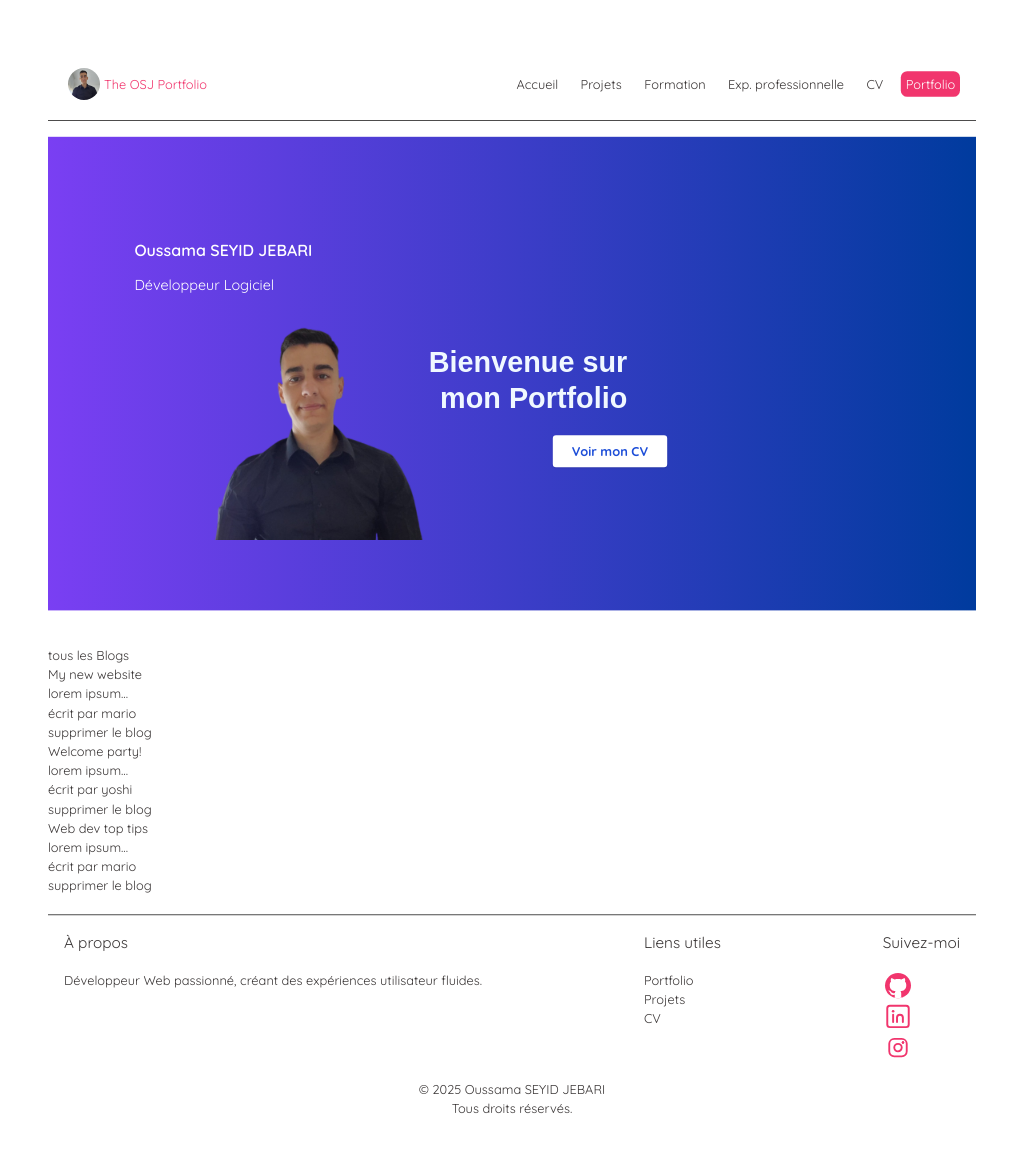
Repository: OussamSJ/Portfolio
Page: /
These files come from the project's save history. The page is drawn as it stood at one moment and after the next save; the edit follows.
The browser window is 1280 px wide. The pictures show the whole page, at 80% of full size.
The project was rebuilt for these pictures with package versions that can differ from the ones it lists, and the page was loaded fresh each time. Also part of the build but not shown: src/Random.js, src/Cv.js, src/Expcomponent.js, src/Experiences.js, src/FormationComponent.js, src/Formation.js.

Above is the page before, as saved 2025-05-10 10:43:32.

### public/index.html
<!DOCTYPE html>
<html lang="en">
  <head>
    <meta charset="utf-8" />
    <link rel="icon" href="%PUBLIC_URL%/Logo-Devloper.png" />
    <meta name="viewport" content="width=device-width, initial-scale=1" />
    <meta name="theme-color" content="#000000" />
    <meta
      name="description"
      content="Web site created using create-react-app"
    />
    <link rel="apple-touch-icon" href="%PUBLIC_URL%/logo192.png" />
    <!--
      manifest.json provides metadata used when your web app is installed on a
      user's mobile device or desktop. See https://developers.google.com/web/fundamentals/web-app-manifest/
    -->
    <link rel="manifest" href="%PUBLIC_URL%/manifest.json" />
    <!--
      Notice the use of %PUBLIC_URL% in the tags above.
      It will be replaced with the URL of the `public` folder during the build.
      Only files inside the `public` folder can be referenced from the HTML.

      Unlike "/favicon.ico" or "favicon.ico", "%PUBLIC_URL%/favicon.ico" will
      work correctly both with client-side routing and a non-root public URL.
      Learn how to configure a non-root public URL by running `npm run build`.
    -->
    <title>Portfolio App</title>
  </head>
  <body>
    <noscript>You need to enable JavaScript to run this app.</noscript>
    <div id="root"></div>
    <!--
      This HTML file is a template.
      If you open it directly in the browser, you will see an empty page.

      You can add webfonts, meta tags, or analytics to this file.
      The build step will place the bundled scripts into the <body> tag.

      To begin the development, run `npm start` or `yarn start`.
      To create a production bundle, use `npm run build` or `yarn build`.
    -->
  </body>
</html>

### src/index.css
@import url('https://fonts.googleapis.com/css2?family=Quicksand:wght@300;400;500;600;700&display=swap');
@tailwind base;
@tailwind components;
@tailwind utilities;

/* base styles */
* {
  margin: 0;
  font-family: -apple-system, BlinkMacSystemFont, 'Segoe UI', 'Roboto', 'Oxygen',
    'Ubuntu', 'Cantarell', 'Fira Sans', 'Droid Sans', 'Helvetica Neue',
    sans-serif;
  -webkit-font-smoothing: antialiased;
  -moz-osx-font-smoothing: grayscale;
  font-family: "Quicksand";
  color: #3b3737;
}

code {
  font-family: source-code-pro, Menlo, Monaco, Consolas, 'Courier New',
    monospace;
}
.navbar {
  padding: 20px;
  display: flex;
  align-items: center;
  max-width: 1200px;
  margin: 0 auto;
  border-bottom: 1px solid #212020;

}
.navbar h1 {
  color: #f1356d;
}
.navbar .links {
  margin-left: auto;
}
.navbar a {
  margin-left: 16px;
  text-decoration: none;
  padding: 6px;
}
.navbar img {
 width: 40px;
 height: 40px;
 margin: 5px ;
 object-fit: cover;       /* remplit et rogne si besoin */
 border-radius: 50%;      /* transforme le carré en cercle */
 display: block;
}
.navbar a:hover {
  color: #f1356d;
}
.content {
  max-width: 1200px;
  margin: 40px auto;
  padding: 20px;
}


.couverture {
  background-image:
  url("/public/couverture-portfolio.png");
background-size: cover;        /* couvre tout le conteneur sans déformation */
background-position: center;   /* centre l’image */
background-repeat: no-repeat;  /* pas de répétition */
background-size: contain;
  margin: 20px auto;
  padding: 40px 40px 40px 40px;


  max-width: 1200px;
  display:block;
  flex-direction: column;
  justify-content: center;
  align-items: flex-start;
  padding-left: 60px;
  background: linear-gradient(to right, #7a3ff3, #003b9e); /* dégradé bleu-violet */
  color: white;
  font-family: 'Orbitron', sans-serif; /* une police géométrique, proche de celle utilisée */
}





.couverture h1 {
  margin-top: 20px auto;
  margin-right: 50px;
  align-items: center;
  text-align: center;
  color: aliceblue;
text-align: right;
justify-self: right;
  font-family: 'Agrandir Grand', sans-serif; /* une police futuriste */
}








.portfolio-footer {
  justify-content: space-between;
  display: flex;
  padding: 20px;
  border-top: 1px solid #212020;
}

.card-title{
  margin-bottom:  20px;

  padding: 0;
  font-size: 1.2rem;

}
.social-links a{
  list-style: none;
  text-decoration: none;
  margin-left: auto;
  text-align: left;

}
.social-links img{
 width: 40%;
 height: 40%;
}


ul {
  list-style-type: none;
  padding: 0; /* Supprime le retrait par défaut */
  margin: 0;  /* Supprime la marge par défaut */
}
.social-links a:hover {
  color: #f1356d;
}

.footer-bottom {
  display: block;
  text-align: center;
  }

  ul li {
    text-align: left;

  }



  .not-found {
    justify-content: center;
    align-items: center;
    text-align: center;
    height: 50vh;
    margin-top: 200px;
    font-size: 3rem;
  }


  img-couverture {
    width: 100%;
    height: 100%;
    justify-content: flex-end;
    align-items: center;
    object-fit:fill; /* Remplit l'élément sans déformation */
    border-radius: 50%; /* Transforme le carré en cercle */
    display: flex;
  }

### src/App.js
import React from 'react';
import { BrowserRouter, Routes, Route } from 'react-router-dom';
import ReactDOM from 'react-dom/client';
import Home from './Home';
import Navbar from './Navbar'; // Si vous avez une barre de navigation
import Cv from './Cv'; // Si vous avez une page de CV
import Footbar from './Footbar';
import Experiences from './Experiences';
import Formation from './Formation';

function App() {
  return (
    <BrowserRouter>
      <div className="App">
        <div className='content'>
          <Routes>
            <Route path="/" element={<Home />} />
            <Route path="/cv" element={<Cv />} />
            <Route path="/experiences-professionnelle" element={<div ><Navbar/> <Experiences /><Footbar/></div>} />
            <Route path="/formation" element={<div ><Navbar/> <Formation /><Footbar/></div>} />
            <Route path="*" element={
              <div >
                <Navbar />
                <h1 className='not-found' >Page introuvable</h1>
                <Footbar />
              </div>
            } />
          </Routes>
        </div>
      </div>
    </BrowserRouter>
  );
}

export default App;

### src/Home.js
import { useEffect, useState } from "react";
import BlogList from "./BlogList";
import Random from "./Random";
import Navbar from "./Navbar";
import Footbar from "./Footbar";


const Home = () => {
  const [blogs, setBlogs] = useState([
    { title: 'My new website', body: 'lorem ipsum...', author: 'mario', id: 1 },
    { title: 'Welcome party!', body: 'lorem ipsum...', author: 'yoshi', id: 2 },
    { title: 'Web dev top tips', body: 'lorem ipsum...', author: 'mario', id: 3 }
  ])

  const handleDelete = (id) => {
    const newBlogs = blogs.filter(blog => blog.id !== id);
    setBlogs(newBlogs);
  }


  useEffect(() => {
    console.log('use effect ran');
    console.log(blogs);
  })

  return (
    <div className="Home">
      <Navbar />

      <div className="couverture">
      <div className="flex items-center mt-10 justify-between bg-gradient-to-r text-white p-12 h-max w-max flex-wrap">

{/* Partie gauche */}

<div className="flex flex-col items-start space-y-4 max-w-md w-max h-max">
  <h3 className="text-xl text-white font-semibold">Oussama SEYID JEBARI</h3>
  <h3 className="text-lg text-white">Développeur Logiciel</h3>
  <div className="w-200 h-200 mt-4 ml-20">
    <img src="oussama_img.png" alt="photo de profil" className="rounded-lg object-cover w-full h-full" />
  </div>
</div>

{/* Partie droite */}
<div className="text-right max-w-md mt-10 md:mt-30">
  <h1 className="text-4xl text-white font-bold mb-6 leading-tight">
    Bienvenue sur <br /> mon Portfolio
  </h1>
  <button className="bg-white text-blue-700 font-bold py-2 px-6 rounded shadow hover:bg-gray-100 transition">
    Voir mon CV
  </button>
</div>
</div>
</div>

      <BlogList blogs={blogs} title="tous les Blogs" handleDelete={handleDelete}/> <br/>

      <Footbar/>
    </div>
  );
}

export default Home;

### src/Navbar.js
const Navbar = () => {
    return (
      <nav className="navbar">
        <img src="photo-portfolio.jpg" alt="logo" className="logo" />
        <h1>The OSJ Portfolio</h1>
        <div className="links">
          <a href="/">Accueil</a>
          <a href="/projets">Projets</a>
          <a href="/formation">Formation</a>
          <a href="/experiences-professionnelle">Exp. professionnelle</a>
          <a href="/cv">CV</a>
          <a href="/" style={{
            color: 'white',
            backgroundColor: '#f1356d',
            borderRadius: '8px'
          }}>Portfolio</a></div></nav>
    );
  }

  export default Navbar;

### src/Footbar.js

const Footbar = () => {
  return (
  <div className="footbar">
   <footer class="portfolio-footer">

    <div class="card-deck">
    <div class="card">
      <div class="card-body">
        <h4 class="card-title">À propos</h4>
        <p class="card-text">Développeur Web passionné, créant des expériences utilisateur fluides.</p>
      </div>
    </div>
    </div>

    <div class="card-deck">
    <div class="card">
      <div class="card-body">
        <h4 class="card-title">Liens utiles</h4>
        <ul class="social-links" >
        <li><a href="#">Portfolio</a></li>
        <li><a href="#">Projets</a></li>
        <li><a href="#">CV</a></li>
      </ul>
      </div>
    </div>
    </div>

    <div class="card-deck">
    <div class="card">
      <div class="card-body">
        <h4 class="card-title">Suivez-moi</h4>
        <ul class="social-links">
        <li><a href="https://github.com/OussamSJ#"> <img  src="github.svg"  alt="GitHub"></img></a></li>
        <li><a href="https://www.linkedin.com/in/oussama-sj/  "> <img src="linkedin.svg" alt="LinkedIn"></img></a></li>
        <li><a href="https://www.instagram.com/oussama.sj/"> <img src="instagram.svg" alt="Instagram"></img></a></li>
      </ul>
      </div>
    </div>
    </div>

   </footer>
    <div class="footer-bottom">
    <p>© 2025 Oussama SEYID JEBARI <br/> Tous droits réservés.</p>
    </div>

  </div>

  );
}

export default Footbar;

### src/BlogList.js
const BlogList = ({ blogs, title, handleDelete }) => {
    return (
      <div className="blog-list"> <br/>

        <h2>{ title }</h2>
        {blogs.map(blog => (
          <div className="blog-preview" key={blog.id} >
            <h2>{ blog.title }</h2>
            <h4> {blog.body}    </h4>
            <p>écrit par { blog.author }</p>
            <button  onClick={()=>handleDelete (blog.id)}> supprimer le blog</button>
          </div>
        ))}
      </div>
    );
  }

  export default BlogList;

### tailwind.config.js
/** @type {import('tailwindcss').Config} */
module.exports = {
  content: [  "./src/**/*.{js,ts,jsx,tsx}",],
  theme: {
    extend: {
      colors: {
        primary: '#f1356d', // Exemple
      },
    },
  },
  plugins: [],
}

Loaded but not shown: src/index.js (common file); src/reportWebVitals.js (common file)

After the next save:
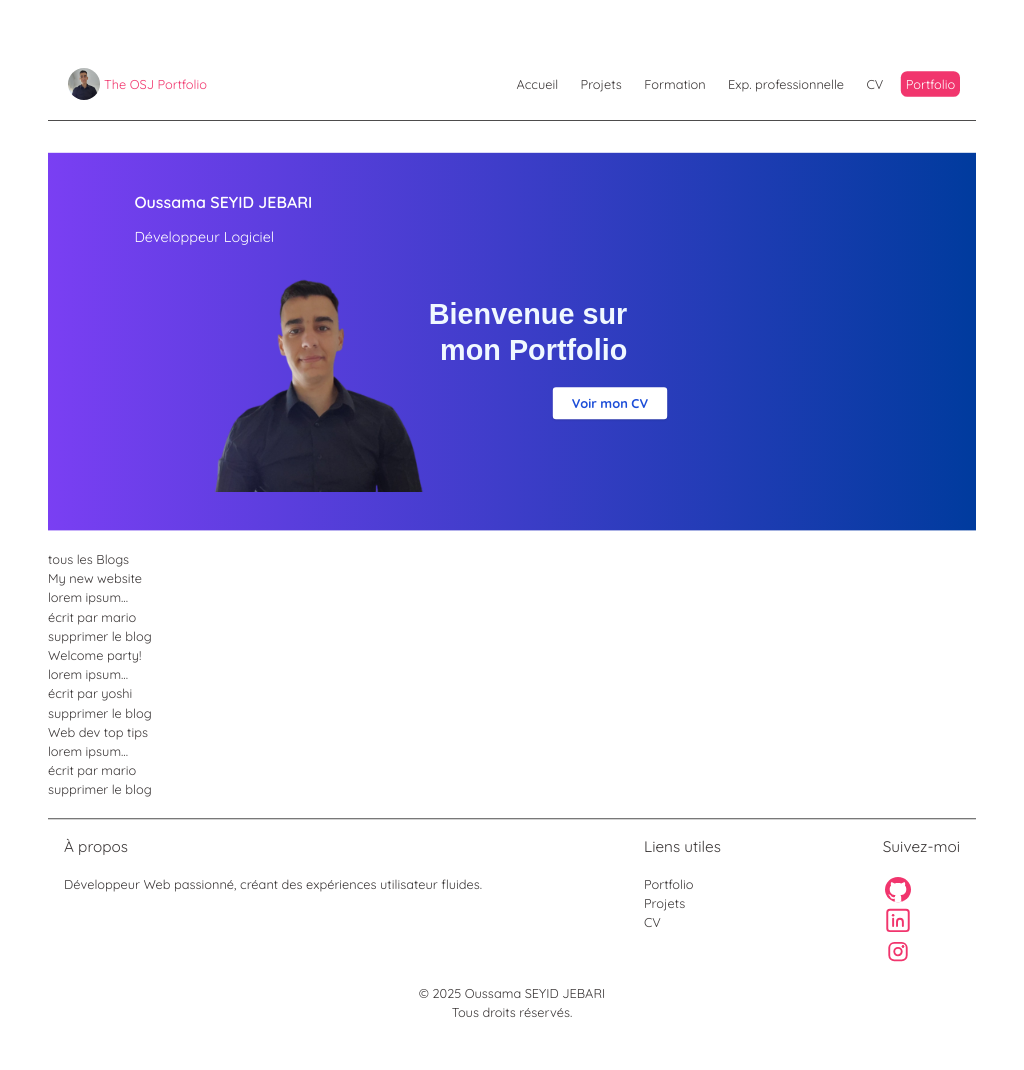
Saved 29 s later.
--- a/src/index.css
+++ b/src/index.css
@@ -64,8 +64,6 @@
 background-position: center;   /* centre l’image */
 background-repeat: no-repeat;  /* pas de répétition */
 background-size: contain;
-  margin: 20px auto;
-  padding: 40px 40px 40px 40px;
 
 
   max-width: 1200px;
